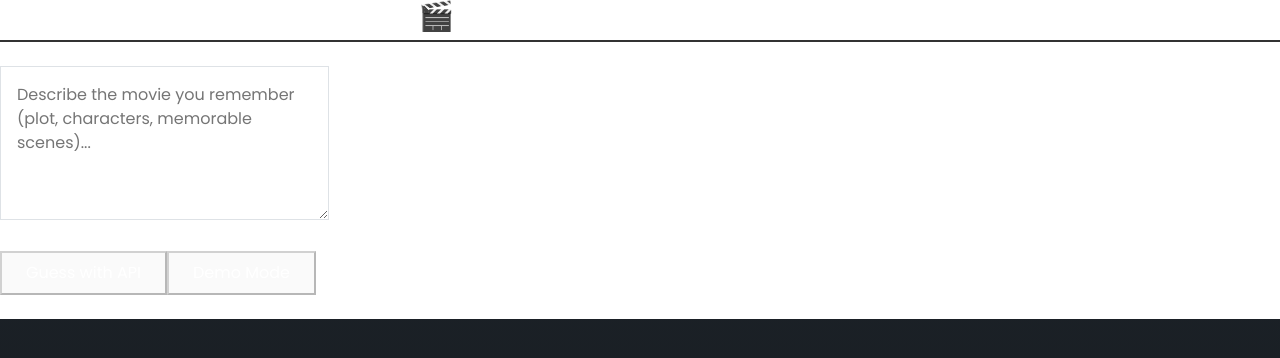
Repository: MahmoudSaad1307/DEPI-MoviesApp
Page: /movies
An editor plug-in stored every save of this project. The page is shown before and after the next save, followed by the edit.
The browser window is 1280 px wide. The pictures show the whole page.
The project was rebuilt for these pictures with package versions that can differ from the ones it lists, and the page was loaded fresh each time. Also part of the build but not shown: vite.config.js, vite.config.ts, src/constants/components/Navbar.jsx, src/constants/components/Footer.jsx, src/pages/Layout.jsx, src/components/popular.jsx, src/components/continueWatching.jsx, src/components/topPicks.jsx and 12 more.

Above is the page before, as saved 2025-04-19 15:34:43.

### index.html
<!doctype html>
<html lang="en">
  <head>
    <meta charset="UTF-8" />
    <link rel="icon" type="image/svg+xml" href="/vite.svg" />

    <meta name="viewport" content="width=device-width, initial-scale=1.0" />
    <title>Vite + React + TS</title>
  </head>
  <body>
    <div id="root"></div>
    <script type="module" src="/src/main.jsx"></script>

  </body>
</html>

### src/main.jsx
// main.jsx
import { createRoot } from "react-dom/client";
import { BrowserRouter } from "react-router-dom";
import "bootstrap/dist/css/bootstrap.min.css";
import 'bootstrap/dist/js/bootstrap.bundle.min.js';
import "bootstrap-icons/font/bootstrap-icons.css";
// import '@fortawesome/fontawesome-free/css/all.min.css';
import { StrictMode, useEffect } from "react";
// import app from "./firebase/firebase";

import App from "./App";
// import { registerUser } from "./firebase/firebaseServices";

createRoot(document.getElementById("root")).render(
  <StrictMode>
    <BrowserRouter>
      <App />
    </BrowserRouter>
  </StrictMode>
);

### src/App.jsx
import { Routes, Route } from "react-router-dom";
import Layout from "./pages/Layout";
import HomePage from "./pages/HomePage";
import UserPage from "./pages/UserPage";
import ActorPage from "./pages/Actor";
import MoviesPage from "./pages/MoviesPage";
import TVShowsPage from "./pages/tvshows";
import MovieDetails from "./pages/MovieDetails";
import UserEditPage from "./pages/UserEditPage";
import Watchlist from "./pages/Watchlist";
import Bonus from "./constants/components/bonus";
import Tess from "./constants/components/MovieSearch";
import "bootstrap/dist/css/bootstrap.min.css";
import 'bootstrap/dist/js/bootstrap.bundle.min.js';
import "bootstrap-icons/font/bootstrap-icons.css";
const App = () => {
  return (
    // <Routes>
    //   <Route element={<Layout />}>
    //     <Route path="/" element={<HomePage />} />
    //     <Route path="/movie-details/:media_type/:id" element={<MovieDetails />} />
    //     <Route path="/user" element={<UserPage />} />
    //     <Route path="/user/edit" element={<UserEditPage />} />
    //     <Route path="/actor/:id" element={<ActorPage />}/>
    //     <Route path="/movies" element={<MoviesPage />} />
    //     <Route path="/tv-shows" element={<TVShowsPage />} />
    //     <Route path="/watchlist" element={<Watchlist />} />
    //   </Route>
    // </Routes>
    <Tess/>
  );
};

export default App;

### src/constants/components/MovieSearch.jsx
import React, { useState } from "react";

export default function Tess() {
  const [description, setDescription] = useState("");
  const [movieName, setMovieName] = useState("");
  const [loading, setLoading] = useState(false);
  const [error, setError] = useState("");

  const API_KEY = "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";

  const guessMovie = async () => {
    if (!description.trim()) {
      setError("Please enter a movie description");
      return;
    }

    setLoading(true);
    setMovieName("");
    setError("");

    try {
      // Log request for debugging
      console.log("Sending request to Groq API with payload:", {
        model: "mixtral-8x7b-32768",
        messages: [
          {
            role: "user",
            content: `What movie is this based on the following description: ${description}? Reply with just the movie name.`,
          }
        ],
      });

      // Try with the correct Groq API endpoint
      const response = await fetch(
        "https://api.groq.com/openai/v1/chat/completions",
        {
          method: "POST",
          headers: {
            "Content-Type": "application/json",
            "Authorization": `Bearer ${API_KEY}`,
          },
          body: JSON.stringify({
            model: "mixtral-8x7b-32768",
            messages: [
              {
                role: "user",
                content: `What movie is this based on the following description: ${description}? Reply with just the movie name.`,
              },
            ],
            temperature: 0.7,
            max_tokens: 100,
          }),
        }
      );

      if (!response.ok) {
        const errorData = await response.json().catch(() => ({}));
        console.error("API Error Response:", errorData);
        throw new Error(`API error ${response.status}: ${errorData.error?.message || response.statusText}`);
      }

      const data = await response.json();
      const guess = data.choices?.[0]?.message?.content || "Couldn't determine the movie.";
      setMovieName(guess.trim());
    } catch (error) {
      console.error("Error details:", error);
      setError(`Error: ${error.message || "Failed to connect to AI service"}`);
      setMovieName("");
    } finally {
      setLoading(false);
    }
  };

  // Mock function for demo purposes - use this if the real API is unavailable
  const mockGuessMovie = () => {
    setLoading(true);
    setMovieName("");
    setError("");

    setTimeout(() => {
      // Mock response based on keywords in the description
      const desc = description.toLowerCase();
      let guess = "Unknown movie";

      if (desc.includes("bowler hat") && desc.includes("violent") && desc.includes("brainwashing")) {
        guess = "A Clockwork Orange";
      } else if (desc.includes("dream") && desc.includes("inception")) {
        guess = "Inception";
      } else if (desc.includes("matrix") || (desc.includes("neo") && desc.includes("red pill"))) {
        guess = "The Matrix";
      }

      setMovieName(guess);
      setLoading(false);
    }, 1500);
  };

  return (
    <div className="max-w-lg mx-auto p-6 bg-white rounded-lg shadow-md">
      <h2 className="text-2xl font-bold text-center mb-4">🎬 Movie Memory Assistant</h2>

      <div className="mb-4">
        <textarea
          className="w-full p-3 border border-gray-300 rounded-md focus:outline-none focus:ring-2 focus:ring-blue-500"
          rows="5"
          placeholder="Describe the movie you remember (plot, characters, memorable scenes)..."
          value={description}
          onChange={(e) => setDescription(e.target.value)}
        />
      </div>

      <div className="flex space-x-4 mb-6">
        <button
          className="flex-1 bg-blue-600 text-white py-2 px-4 rounded-md hover:bg-blue-700 focus:outline-none focus:ring-2 focus:ring-blue-500 disabled:bg-gray-400"
          onClick={guessMovie}
          disabled={loading || !description.trim()}
        >
          {loading ? "Thinking..." : "Guess with API"}
        </button>

        <button
          className="flex-1 bg-green-600 text-white py-2 px-4 rounded-md hover:bg-green-700 focus:outline-none focus:ring-2 focus:ring-green-500 disabled:bg-gray-400"
          onClick={mockGuessMovie}
          disabled={loading || !description.trim()}
        >
          Demo Mode
        </button>
      </div>

      {error && (
        <div className="p-3 mb-4 bg-red-100 border-l-4 border-red-500 text-red-700">
          <p>{error}</p>
          <p className="text-sm mt-1">Note: API keys for Groq may need to be valid and active.</p>
        </div>
      )}

      {movieName && (
        <div className="p-4 bg-blue-50 rounded-lg border border-blue-200">
          <h3 className="font-medium text-lg">AI Guess:</h3>
          <p className="text-xl font-bold text-blue-800">{movieName}</p>
        </div>
      )}

      <div className="mt-6 text-sm text-gray-600">
        <p>Having trouble? Try our "Demo Mode" to see the app functionality without using the API.</p>
      </div>
    </div>
  );
}

### src/pages/Actor.css
* {
  margin: 0;
  padding: 0;
  box-sizing: border-box;
}

@font-face {
  font-family: TiemposHeadlineWeb-Bold;
  src: url(https://s.ltrbxd.com/fonts/TiemposHeadlineWeb-Bold.eot);
}

@font-face {
  font-family: Graphik-Light;
  src: url(https://s.ltrbxd.com/fonts/Graphik-Light-Web.eot);
}

@font-face {
  font-family: Graphik-Regular;
  src: url(https://s.ltrbxd.com/fonts/Graphik-Regular-Web.eot);
}

@font-face {
  font-family: Graphik-Semibold;
  src: url(https://s.ltrbxd.com/fonts/Graphik-SemiboldItalic-Web.eot);
}

body {
  font-family: Graphik-Regular, sans-serif;
  background: linear-gradient(#20272e, #14181c);
  background-attachment: fixed;
  color: #fff;
}

.centering {
  width: 1000px;
  margin: auto;
}

header {
  background-color: #14181c;
  position: relative;
  z-index: 1;
}

nav {
  display: flex;
  justify-content: space-around;
  align-items: center;
  color: #fff;
  padding: 20px 0;
}

a {
  text-decoration: none;
  color: #fff;
}

li {
  list-style: none;
}

.logo {
  font-family: TiemposHeadlineWeb-Bold, sans-serif;
  font-size: 29px;
  color: #fff;
  font-weight: 800;
}

.logo img {
  width: 55px;
  height: 20px;
}

.navbarItems {
  display: flex;
  align-items: center;
}

.navbar-nav {
  display: flex;
  align-items: center;
  position: relative;
}

.navbar-nav .nav-item {
  margin: 0 10px;
}

.nav-link {
  font-family: Graphik-Semibold, sans-serif;
  text-transform: uppercase;
  font-size: 13px;
  font-weight: 800;
  color: #667788;
  transition: 0.2s;
}

.nav-link:hover {
  color: #fff;
}

.dropdown {
  display: flex;
  align-items: center;
}

.dropdown img {
  width: 25px;
  height: 25px;
  margin-right: 5px;
  border-radius: 50%;
}

.dropdown-menu {
  display: none;
  position: absolute;
  top: 26px;
  background-color: #8899aa;
  padding: 15px;
  box-shadow: 0 0 10px rgba(0, 0, 0, 0.5);
}

.dropdown-item {
  padding: 10px 0;
}

.btnLog {
  background-color: #15ad2d;
  color: #fff;
  padding: 7px 15px;
  border-radius: 5px;
  border: none;
  font-size: 13px;
  font-weight: 700;
  margin-left: 15px;
  cursor: pointer;
  transition: 0.2s;
}

.btnLog:hover {
  background-color: #009d1a;
}

hr {
  margin: 5px 0px 15px 0px;
  border: 1px solid rgb(102, 119, 136, 0.3);
}

.actorProfile {
  display: flex;
  justify-content: space-between;
  margin-top: 20px;
  padding-bottom: 40px;
}

.actorFilms {
  width: 70%;
  display: flex;
  flex-direction: column;
  margin-top: 10px;
}

.actorFilms p {
  font-family: Graphik-Light, sans-serif;
  font-size: 13px;
  font-weight: 300;
  text-transform: uppercase;
  color: #667788;
}

.actorFilms h2 {
  font-family: Graphik-Semibold, sans-serif;
  font-size: 25px;
  font-weight: 700;
  margin-bottom: 40px;
}

.actorFilms img {
  width: 125 px;
  height: 190px;
  margin-bottom: 20px;
  border-radius: 5px;
  cursor: pointer;
}
.actorFilms img:hover {
  transform: scale(1.03);
  transition: 0.3s;
}
.films {
  display: flex;
  flex-wrap: wrap;
  justify-content: space-between;
}

.aboutActor {
  width: 25%;
  display: flex;
  flex-direction: column;
  margin-top: 30px;
}

.aboutActor img {
  width: 230px;
  height: 340px;
  border-radius: 5px;
  border: 1px solid rgb(255, 255, 255, 0.3);
  cursor: pointer;
}

.aboutActor img:hover {
  border: 1px solid rgb(255, 255, 255 , 0.6);
  transition: 0.3s;
}

.aboutActor h3 {
  font-family: Graphik-Semibold, sans-serif;
  font-size: 15px;
  margin-top: 20px;
  color: #667788;
}

.aboutActor p {
  font-family: Graphik-Light, sans-serif;
  font-size: 13px;
  font-weight: 300;
  margin-top: 10px;
  color: #667788;
}

footer {
  background-color: #2c3440;
  color: #91a1b2;
  height: 170px;
}

.hallFooter {
  display: flex;
  justify-content: space-between;
  padding: 35px 0;
}

.footerLinks {
  display: flex;
  flex-direction: column;
  width: 60%;
}

.Links {
  display: flex;
  justify-content: space-between;
  margin-bottom: 25px;
}

.footerLink {
  font-family: Graphik-Semibold, sans-serif;
  font-size: 15px;
  font-weight: 700;
  cursor: pointer;
  transition: 0.3s;
}

.footerLink:hover {
  color: #fff;
}

.copyRights {
  font-family: Graphik-Light, sans-serif;
  font-size: 12px;
  opacity: 0.6;
}

.socialLinks {
  display: flex;
  justify-content: space-between;
  width: 20%;
}

.socialLink {
  cursor: pointer;
  opacity: 0.6;
  transition: 0.3s;
}

.socialLink:hover {
  color: #fff;
}
@media (max-width: 768px) {
  .centering {
    width: 100%;
    padding: 0 20px;
  }

  .actorProfile {
    flex-direction: column;
    align-items: center;
  }

  .actorFilms {
    width: 100%;
  }

  .aboutActor {
    width: 100%;
    align-items: center;
  }

  .aboutActor img {
    width: 80%;
  }

  .actorFilms img {
    width: 80%;
  }

  .socialLinks {
    flex-direction: column;
    align-items: center;
  }

}

### src/pages/MoviesPage.css
/* ======== General Container ======== */
.container {
  padding: 20px;
  max-width: 1200px;
  margin: 0 auto;
}

/* ======== Film List ======== */
.film-list {
  display: flex;
  flex-wrap: wrap;
  gap: 24px;
  justify-content: center;
  padding: 20px 0;
}

/* ======== Film Card ======== */
.film-card {
  background-color: #1c1c1c;
  border-radius: 16px;
  color: #eaeaea;
  flex: 1 1 calc(25% - 24px);
  transition: transform 0.4s ease, box-shadow 0.4s ease, background-color 0.4s ease;
  overflow: hidden;
  box-shadow: 0 6px 12px rgba(0, 0, 0, 0.35);
  position: relative;
  min-width: 240px;
  max-width: 300px;
}

/* ======== Hover Effect ======== */
.film-card:hover {
  transform: translateY(-8px) scale(1.02);
  box-shadow: 0 20px 40px rgba(0, 0, 0, 0.6);
  background-color: #252525;
}

.film-card img {
  width: 100%;
  height: auto;
  max-height: 220px;
  object-fit: cover;
  transition: transform 0.4s ease;
}

.film-card:hover img {
  transform: scale(1.1);
}

/* ======== Card Body ======== */
.card-body {
  padding: 15px;
  text-align: center;
}

.card-body h5 {
  margin: 0 0 8px;
  font-size: 1.1rem;
  font-weight: bold;
  word-wrap: break-word;
}

.card-body p:first-of-type {
  margin: 0 0 8px;
  font-size: 0.9rem;
  color: #f4d03f;
}

.card-body p:last-of-type {
  font-size: 0.85rem;
  color: #b0b0b0;
  line-height: 1.3;
}

/* ======== Section Title ======== */
h2 {
  margin-bottom: 15px;
  font-size: 1.8rem;
  color: #ffffff;
  border-bottom: 2px solid #333;
  padding-bottom: 5px;
  text-transform: capitalize;
  font-family: 'Arial Black', sans-serif;
  letter-spacing: 0.5px;
}

/* ======== Utility Classes ======== */
.text-center {
  text-align: center;
}

.mb-5 {
  margin-bottom: 3rem;
}

.mb-4 {
  margin-bottom: 2rem;
}

/* ======== Popular Reviews Section ======== */
.review-list {
  display: flex;
  flex-wrap: wrap;
  gap: 20px;
  justify-content: center;
}

.review-card {
  background: linear-gradient(145deg, #202020, #1a1a1a);
  border-radius: 16px;
  padding: 20px;
  flex: 1 1 calc(33.33% - 20px);
  min-width: 260px;
  max-width: 350px;
  color: #eaeaea;
  box-shadow: 0 4px 15px rgba(0, 0, 0, 0.4);
  transition: transform 0.3s ease, box-shadow 0.3s ease;
}

.review-card h5 {
  margin: 0 0 10px;
  color: #f4d03f;
  font-size: 1.1rem;
}

.review-card p {
  font-style: italic;
  margin-bottom: 8px;
  font-size: 0.9rem;
  color: #c0c0c0;
}

.review-card span {
  font-size: 0.85rem;
  color: #a0a0a0;
}

.review-card:hover {
  transform: translateY(-5px);
  box-shadow: 0 10px 25px rgba(255, 255, 255, 0.08);
}

/* ======== Responsive Media Queries ======== */

/* Tablet */
@media (max-width: 992px) {
  .film-card {
    flex: 1 1 calc(33.33% - 24px);
  }
  .review-card {
    flex: 1 1 calc(50% - 20px);
  }
}

/* Mobile */
@media (max-width: 600px) {
  .film-card {
    flex: 1 1 100%;
  }
  .review-card {
    flex: 1 1 100%;
  }
  h2 {
    font-size: 1.5rem;
    text-align: center;
  }
}

### src/pages/styles.css
@import url('https://fonts.googleapis.com/css2?family=Poppins:wght@400;700&display=swap');

:root {
  --main-color: #13c6b0;
  --secondary-color: #1f1f1f;

}

* {
  margin: 0;
  padding: 0;
  box-sizing: border-box;
}

a {
  padding: 0;
  text-decoration: none;
}

body {
    font-family: 'Poppins', sans-serif;

  background-color: black;
}
#navbar-container {
  position: sticky;
  top: 0;
  z-index: 1000;

}





.search-form {
  display: flex;
  justify-content: center;
  align-items: center;
}

.search-box {
  display: flex;
  align-items: center;
  background: #232b32;
  border-radius: 25px;
  padding: 10px 15px;
  width: 250px;
}

.search-input {
  border: none;
  background: transparent;
  outline: none;
  color: #fff;
  flex: 1;
}

.search-button {
  background: none;
  border: none;
  color: #b0b3b8;
  cursor: pointer;
  font-size: 18px;
}

.search-button:hover {
  color: #fff;
}

.logo {
  display: flex;
  justify-content: center;
}

.logo .logo_icon {
  margin-right: 10px;
  width: 40px;
  height: 40px;
}

.logo h1 {
  color: var(--main-color);
  margin: auto 0;
}

.movie-container {
  margin-bottom: 20px;
  position: relative;
}

.movie-card {
  width: 100%;
  position: relative;
  border-radius: 10px;
  overflow: hidden;
  transition: transform 0.3s ease-in-out;
}

.movie-card:hover {
  transform: scale(1.05);
}

.movie-card img {
  width: 100%;
  border-radius: 10px;
}

.top-badge {
  position: absolute;
  top: 8px;
  right: 8px;
  background-color: var(--main-color);
  color: white;
  font-size: 12px;
  font-weight: bold;
  padding: 4px 8px;
  border-radius: 5px;
}

.movie-card + .movie-title {
  margin: 0 0 20px 0;
  text-align: center;
  font-size: 18px;
  font-weight: bold;
  color: gray;
  transition: margin 0.3s ease-in-out;
}

.movie-card:hover + .movie-title {
  color: white;
  margin-top: 15px;
  margin-bottom: 5px;
}

.image-container {
  position: relative;
  display: inline-block;
  width: 100%;
  border-radius: 8px;
}

.image-container img {
  width: 100%;
  display: block;
  border-radius: 8px;
}

.image-container .overlay {
  position: absolute;
  bottom: 0;
  left: 0;
  width: 100%;
  height: 40px;
  background: linear-gradient(to top, rgba(0, 0, 0, 0.7), transparent);
  border-radius: 8px;
}

.rating {
  position: absolute;
  bottom: 10px;
  left: 10px;
  font-size: 12px;
  font-weight: bold;
  z-index: 2;
  color: whitesmoke;
}

.rating i {
  font-size: 8px;
  color: whitesmoke;
}

.movie-card-link {
  position: relative;
  display: block;
  text-decoration: none;
}

.movie-detail {
  position: absolute;
  top: 0;
  left: 0;
  width: 100%;
  background-color: rgba(15, 15, 15, 0.95);
  border-radius: 8px;
  box-shadow: 0 4px 12px rgba(0, 0, 0, 0.5);
  z-index: 10;
  opacity: 0;
  visibility: hidden;
  transition: opacity 0.3s ease;
}

.movie-card-link:hover .movie-detail,
.movie-container:hover .movie-detail {
  opacity: 1;
  visibility: visible;
}

.detail-backdrop {
  position: relative;
  height: 150px;
  border-top-left-radius: 8px;
  border-top-right-radius: 8px;
  overflow: hidden;
}

.detail-backdrop img {
  width: 100%;
  height: 100%;
  object-fit: cover;
  object-position: center 25%;
  transition: 0.3s ease-in-out;
}

.detail-title {
  position: absolute;
  bottom: 0;
  left: 0;
  right: 0;
  padding: 10px;
  background: linear-gradient(transparent, rgba(0, 0, 0, 0.8));
  color: white;
  font-weight: bold;
  font-size: 14px;
}

.detail-info {
  padding: 10px;
}

.detail-meta {
  display: flex;
  justify-content: space-between;
  margin-bottom: 8px;
}

.detail-rating {
  color: var(--rating-color);
  font-weight: bold;
}

.detail-year-time {
  color: #aaa;
  font-size: 12px;
}

.detail-tags {
  display: flex;
  flex-wrap: wrap;
  gap: 5px;
  margin-bottom: 8px;
}

.tag {
  background-color: #333;
  padding: 2px 8px;
  border-radius: 4px;
  font-size: 11px;
  color: #fff;
}

.detail-description {
  font-size: 12px;
  color: #ddd;
  margin-bottom: 8px;
  display: -webkit-box;
  -webkit-line-clamp: 3;
  -webkit-box-orient: vertical;
  overflow: hidden;
}

Loaded but not shown: src/pages/Homepage.css (536 lines, source omitted); src/pages/MovieDetails.css (352 lines, source omitted)

After the next save:
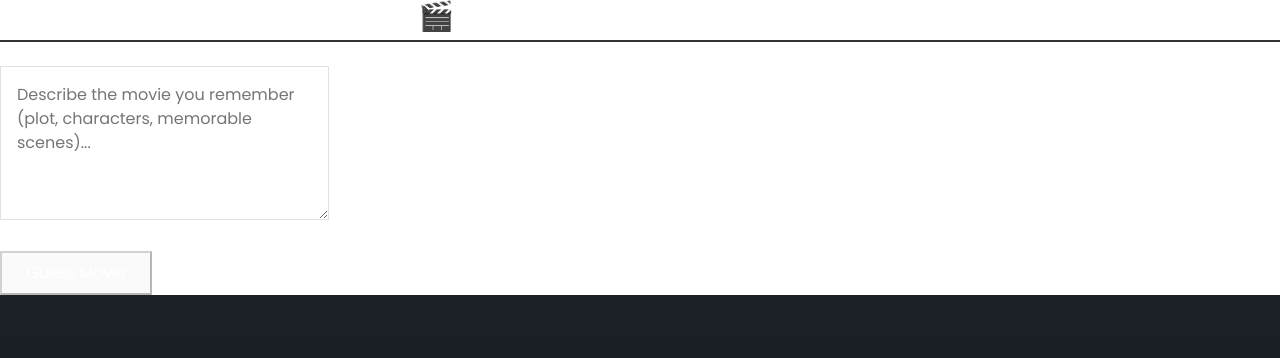
Saved 115 s later.
--- a/src/constants/components/MovieSearch.jsx
+++ b/src/constants/components/MovieSearch.jsx
@@ -1,11 +1,12 @@
 import React, { useState } from "react";
 
-export default function Tess() {
+export default function MovieSearch() {
   const [description, setDescription] = useState("");
   const [movieName, setMovieName] = useState("");
   const [loading, setLoading] = useState(false);
   const [error, setError] = useState("");
 
+  // Using the same API key for continuity
   const API_KEY = "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";
 
   const guessMovie = async () => {
@@ -19,18 +20,8 @@ export default function Tess() {
     setError("");
 
     try {
-      // Log request for debugging
-      console.log("Sending request to Groq API with payload:", {
-        model: "mixtral-8x7b-32768",
-        messages: [
-          {
-            role: "user",
-            content: `What movie is this based on the following description: ${description}? Reply with just the movie name.`,
-          }
-        ],
-      });
-
-      // Try with the correct Groq API endpoint
+      // Using a currently supported Groq model
+      // LLaMA-3 models are currently supported as of April 2025
       const response = await fetch(
         "https://api.groq.com/openai/v1/chat/completions",
         {
@@ -40,7 +31,7 @@ export default function Tess() {
             "Authorization": `Bearer ${API_KEY}`,
           },
           body: JSON.stringify({
-            model: "mixtral-8x7b-32768",
+            model: "llama3-70b-8192", // Updated to a currently supported model
             messages: [
               {
                 role: "user",
@@ -65,34 +56,9 @@ export default function Tess() {
     } catch (error) {
       console.error("Error details:", error);
       setError(`Error: ${error.message || "Failed to connect to AI service"}`);
-      setMovieName("");
     } finally {
       setLoading(false);
     }
-  };
-
-  // Mock function for demo purposes - use this if the real API is unavailable
-  const mockGuessMovie = () => {
-    setLoading(true);
-    setMovieName("");
-    setError("");
-
-    setTimeout(() => {
-      // Mock response based on keywords in the description
-      const desc = description.toLowerCase();
-      let guess = "Unknown movie";
-
-      if (desc.includes("bowler hat") && desc.includes("violent") && desc.includes("brainwashing")) {
-        guess = "A Clockwork Orange";
-      } else if (desc.includes("dream") && desc.includes("inception")) {
-        guess = "Inception";
-      } else if (desc.includes("matrix") || (desc.includes("neo") && desc.includes("red pill"))) {
-        guess = "The Matrix";
-      }
-
-      setMovieName(guess);
-      setLoading(false);
-    }, 1500);
   };
 
   return (
@@ -109,41 +75,26 @@ export default function Tess() {
         />
       </div>
 
-      <div className="flex space-x-4 mb-6">
-        <button
-          className="flex-1 bg-blue-600 text-white py-2 px-4 rounded-md hover:bg-blue-700 focus:outline-none focus:ring-2 focus:ring-blue-500 disabled:bg-gray-400"
-          onClick={guessMovie}
-          disabled={loading || !description.trim()}
-        >
-          {loading ? "Thinking..." : "Guess with API"}
-        </button>
-
-        <button
-          className="flex-1 bg-green-600 text-white py-2 px-4 rounded-md hover:bg-green-700 focus:outline-none focus:ring-2 focus:ring-green-500 disabled:bg-gray-400"
-          onClick={mockGuessMovie}
-          disabled={loading || !description.trim()}
-        >
-          Demo Mode
-        </button>
-      </div>
+      <button
+        className="w-full bg-blue-600 text-white py-2 px-4 rounded-md hover:bg-blue-700 focus:outline-none focus:ring-2 focus:ring-blue-500 disabled:bg-gray-400"
+        onClick={guessMovie}
+        disabled={loading || !description.trim()}
+      >
+        {loading ? "Thinking..." : "Guess Movie"}
+      </button>
 
       {error && (
-        <div className="p-3 mb-4 bg-red-100 border-l-4 border-red-500 text-red-700">
+        <div className="mt-4 p-3 bg-red-100 border-l-4 border-red-500 text-red-700">
           <p>{error}</p>
-          <p className="text-sm mt-1">Note: API keys for Groq may need to be valid and active.</p>
         </div>
       )}
 
       {movieName && (
-        <div className="p-4 bg-blue-50 rounded-lg border border-blue-200">
+        <div className="mt-4 p-4 bg-blue-50 rounded-lg border border-blue-200">
           <h3 className="font-medium text-lg">AI Guess:</h3>
           <p className="text-xl font-bold text-blue-800">{movieName}</p>
         </div>
       )}
-
-      <div className="mt-6 text-sm text-gray-600">
-        <p>Having trouble? Try our "Demo Mode" to see the app functionality without using the API.</p>
-      </div>
     </div>
   );
 }
